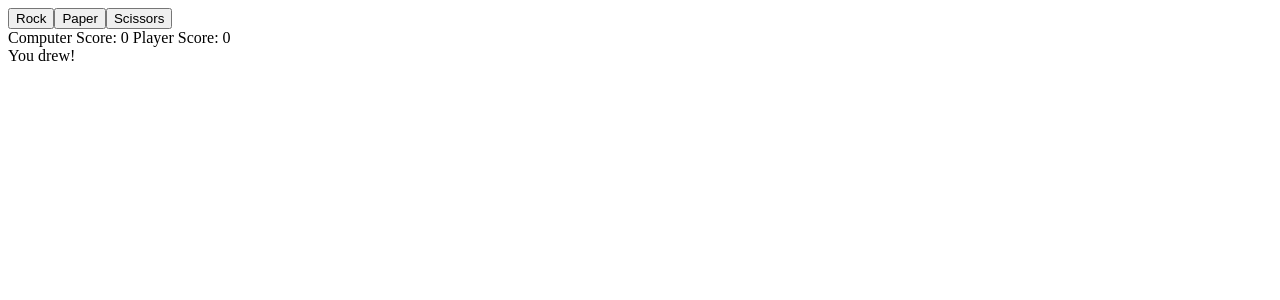
Repository: weazzyefff/Rock-Paper-Scissors
Page: rock-paper-scissors.html
The author's editor kept a copy of each file at every save. The page is drawn from the files as they stood at one save, then again after the next save.
The browser window is 1280 px wide. The pictures show the whole page.
After loading, the first visible `button` was clicked once.

Above is the page before, as saved 2022-11-29 18:01:02.

After the next save:
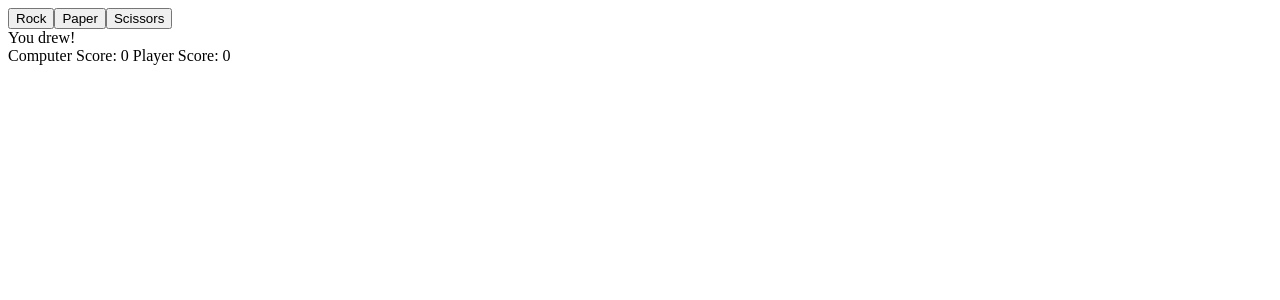
Saved 43 s later.
--- a/script.js
+++ b/script.js
@@ -41,10 +41,7 @@ function playRound() {
     // Get the computer choice
     let computerSelection = getComputerChoice();
 
-    // Create the Results <div>
-    let resultDiv = document.createElement("div");
-    resultDiv.textContent = `Computer Score: ${computerScore} Player Score: ${playerScore}`;
-    document.body.appendChild(resultDiv);
+
 
     //Check winner
     if (computerSelection === playerSelection) {
@@ -93,7 +90,10 @@ function playRound() {
         //0 + 1 = 1
 
     }
-
+    // Create the Results <div>
+    let resultDiv = document.createElement("div");
+    resultDiv.textContent = `Computer Score: ${computerScore} Player Score: ${playerScore}`;
+    document.body.appendChild(resultDiv);
 
 }
 function getComputerChoice() {
